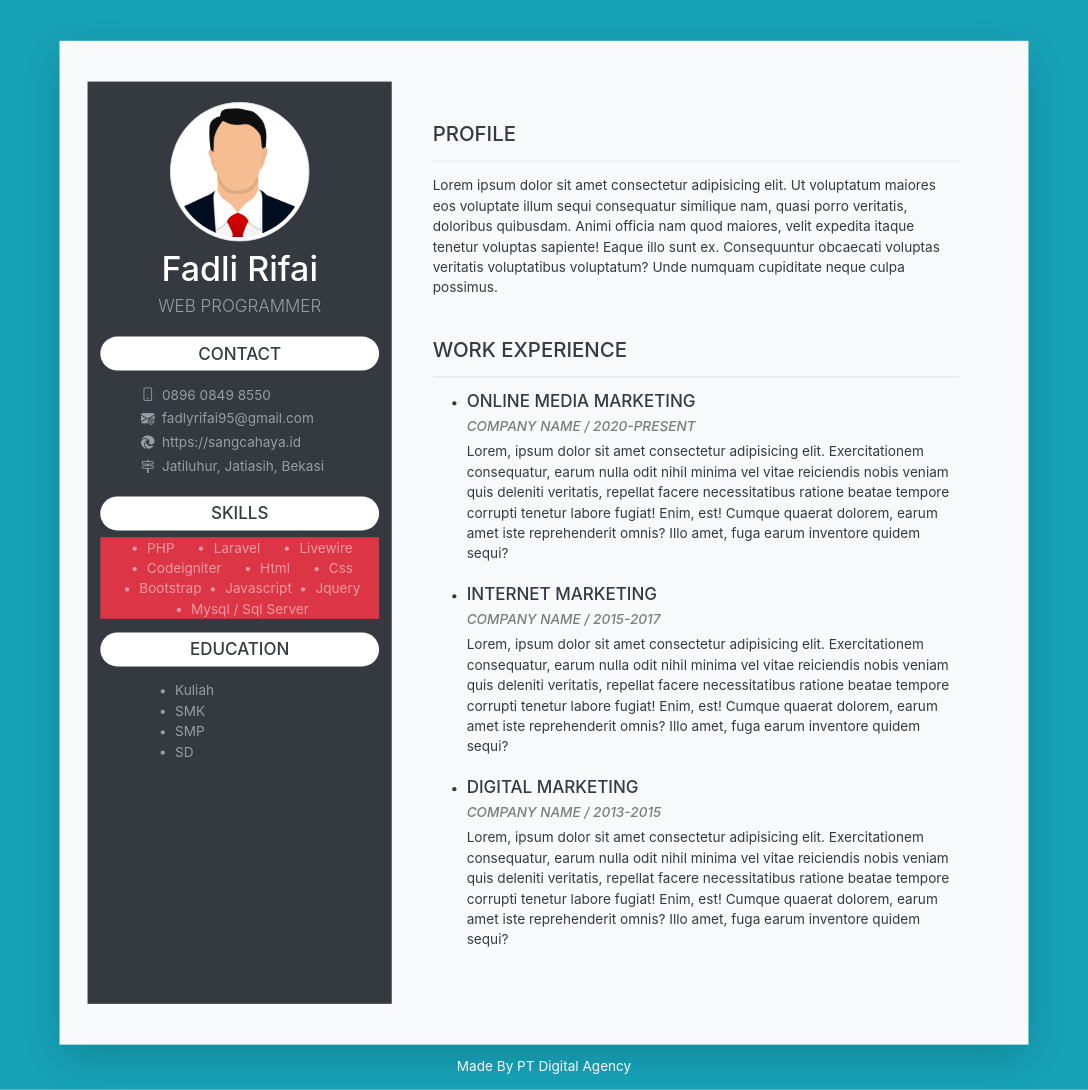
Repository: fadlyyy/fadlyyy.github.io
Page: index.html
These files come from the project's save history. The page is drawn as it stood at one moment and after the next save; the edit follows.
The browser window is 1280 px wide. The pictures show the whole page, at 85% of full size.

Above is the page before, as saved 2024-01-31 07:42:10.

### index.html
<!DOCTYPE html>
<html lang="en">

<head>
     <!-- Required meta tags -->
     <meta charset="utf-8" />
     <meta name="viewport" content="width=device-width, initial-scale=1, shrink-to-fit=no" />

     <!-- Bootstrap CSS -->
     <link rel="stylesheet" href="https://cdn.jsdelivr.net/npm/bootstrap@4.6.2/dist/css/bootstrap.min.css"
          integrity="sha384-xOolHFLEh07PJGoPkLv1IbcEPTNtaed2xpHsD9ESMhqIYd0nLMwNLD69Npy4HI+N" crossorigin="anonymous" />

     <!-- Icon -->
     <link rel="stylesheet" href="https://cdn.jsdelivr.net/npm/bootstrap-icons@1.11.3/font/bootstrap-icons.min.css" />

     <link rel="stylesheet" href="style.css" />

     <title>Hello, world!</title>
</head>

<body class="bg-info">
     <div class="container p-5 bg-light mt-5 mb-5 shadow shadow-lg">
          <div class="row">
               <div class="col-lg-4 bg-dark text-white text-center py-4">
                    <div class="header-left">
                         <img src="img/profile.png"
                              alt="" class="img-thumbnail rounded-circle mb-2 w-50 h-50" />
                         <h1 class="display-5">Fadli Rifai</h1>
                         <h4 class="lead text-uppercase text-white-50 mb-4">Web Programmer</h4>
                    </div>

                    <!-- general info -->
                    <div class="general-info">
                         <h5 class="text-uppercase bg-white text-dark py-2 rounded-pill">contact</h5>

                         <ul class="list-unstyled text-white-50 py-2 text-left ml-5">
                              <li class="list-item mb-1">
                                   <p>
                                        <i class="bi bi-phone mr-1"></i> 0896 0849 8550
                                   </p>
                              </li>
                              <li class="list-item mb-1 text-wrap w-75">
                                   <p>
                                        <i class="bi bi-envelope-at-fill mr-1"></i> fadlyrifai95@gmail.com
                                   </p>
                              </li>
                              <li class="list-item mb-1">
                                   <p>
                                        <i class="bi bi-browser-edge mr-1"></i> https://sangcahaya.id
                                   </p>
                              </li>
                              <li class="list-item">
                                   <i class="bi bi-signpost-2 mr-1"></i>
                                   Jatiluhur, Jatiasih, Bekasi
                              </li>
                         </ul>
                    </div>

                    <!-- skills -->
                    <div>
                         <h5 class="text-uppercase bg-white text-dark py-2 rounded-pill">skills</h5>
                         <ul class="list text-white-50 text-left text-capitalize list-skills bg-danger">
                              <li class="list-item">PHP</li>
                              <li class="list-item">laravel</li>
                              <li class="list-item">livewire</li>
                              <li class="list-item">codeigniter</li>
                              <li class="list-item">html</li>
                              <li class="list-item">css</li>
                              <li class="list-item">bootstrap</li>
                              <li class="list-item">javascript</li>
                              <li class="list-item">jquery</li>
                              <li class="list-item">mysql / sql server</li>
                         </ul>
                    </div>

                    <!-- educations -->
                    <div>
                         <h5 class="text-uppercase bg-white text-dark py-2 rounded-pill">education</h5>
                         <ul class="list text-white-50 ml-5 py-2 text-left text-capitalize">
                              <li class="list-item">Kuliah</li>
                              <li class="list-item">SMK</li>
                              <li class="list-item">SMP</li>
                              <li class="list-item">SD</li>
                         </ul>
                    </div>
               </div>

               <div class="col-lg-8 bg-light text-dark py-5 px-5 right-side">
                    <div class="header-right">
                         <h4 class="text-uppercase">Profile</h4>
                         <hr />
                         <p>
                              Lorem ipsum dolor sit amet consectetur adipisicing elit. Ut voluptatum maiores eos
                              voluptate illum sequi consequatur similique nam, quasi porro veritatis, doloribus
                              quibusdam. Animi officia nam quod maiores, velit expedita
                              itaque tenetur voluptas sapiente! Eaque illo sunt ex. Consequuntur obcaecati voluptas
                              veritatis voluptatibus voluptatum? Unde numquam cupiditate neque culpa possimus.
                         </p>
                    </div>

                    <div class="mt-5">
                         <h4 class="text-uppercase">work experience</h4>
                         <hr>

                         <ul class="list">
                              <li class="list-item">
                                   <h5 class="display-6 text-uppercase">online media marketing</h5>
                                   <h6 class="text-uppercase text-black-50 font-italic">company name / 2020-present</h6>
                                   <p>Lorem, ipsum dolor sit amet consectetur adipisicing elit. Exercitationem consequatur, earum nulla odit nihil minima vel vitae reiciendis nobis veniam quis deleniti veritatis, repellat facere necessitatibus ratione beatae tempore corrupti tenetur labore fugiat! Enim, est! Cumque quaerat dolorem, earum amet iste reprehenderit omnis? Illo amet, fuga earum inventore quidem sequi?</p>
                              </li>

                              <li class="list-item mt-4">
                                   <h5 class="display-6 text-uppercase">internet marketing</h5>
                                   <h6 class="text-uppercase text-black-50 font-italic">company name / 2015-2017</h6>
                                   <p>Lorem, ipsum dolor sit amet consectetur adipisicing elit. Exercitationem consequatur, earum nulla odit nihil minima vel vitae reiciendis nobis veniam quis deleniti veritatis, repellat facere necessitatibus ratione beatae tempore corrupti tenetur labore fugiat! Enim, est! Cumque quaerat dolorem, earum amet iste reprehenderit omnis? Illo amet, fuga earum inventore quidem sequi?</p>
                              </li>

                              <li class="list-item mt-4">
                                   <h5 class="display-6 text-uppercase">digital marketing</h5>
                                   <h6 class="text-uppercase text-black-50 font-italic">company name / 2013-2015</h6>
                                   <p>Lorem, ipsum dolor sit amet consectetur adipisicing elit. Exercitationem consequatur, earum nulla odit nihil minima vel vitae reiciendis nobis veniam quis deleniti veritatis, repellat facere necessitatibus ratione beatae tempore corrupti tenetur labore fugiat! Enim, est! Cumque quaerat dolorem, earum amet iste reprehenderit omnis? Illo amet, fuga earum inventore quidem sequi?</p>
                              </li>
                         </ul>
                    </div>
               </div>
          </div>
     </div>
     <!-- Optional JavaScript; choose one of the two! -->

     <!-- footer -->
     <div class="footer">
          <p class="text-light text-center text-capitalize" style="margin-top: -35px;">made by PT Digital Agency</p>
     </div>

     <!-- Option 1: jQuery and Bootstrap Bundle (includes Popper) -->
     <script src="https://cdn.jsdelivr.net/npm/jquery@3.5.1/dist/jquery.slim.min.js"
          integrity="sha384-DfXdz2htPH0lsSSs5nCTpuj/zy4C+OGpamoFVy38MVBnE+IbbVYUew+OrCXaRkfj"
          crossorigin="anonymous"></script>
     <script src="https://cdn.jsdelivr.net/npm/bootstrap@4.6.2/dist/js/bootstrap.bundle.min.js"
          integrity="sha384-Fy6S3B9q64WdZWQUiU+q4/2Lc9npb8tCaSX9FK7E8HnRr0Jz8D6OP9dO5Vg3Q9ct"
          crossorigin="anonymous"></script>

     <!-- Option 2: Separate Popper and Bootstrap JS -->
     <!--
    <script src="https://cdn.jsdelivr.net/npm/jquery@3.5.1/dist/jquery.slim.min.js" integrity="sha384-DfXdz2htPH0lsSSs5nCTpuj/zy4C+OGpamoFVy38MVBnE+IbbVYUew+OrCXaRkfj" crossorigin="anonymous"></script>
    <script src="https://cdn.jsdelivr.net/npm/popper.js@1.16.1/dist/umd/popper.min.js" integrity="sha384-9/reFTGAW83EW2RDu2S0VKaIzap3H66lZH81PoYlFhbGU+6BZp6G7niu735Sk7lN" crossorigin="anonymous"></script>
    <script src="https://cdn.jsdelivr.net/npm/bootstrap@4.6.2/dist/js/bootstrap.min.js" integrity="sha384-+sLIOodYLS7CIrQpBjl+C7nPvqq+FbNUBDunl/OZv93DB7Ln/533i8e/mZXLi/P+" crossorigin="anonymous"></script>
    -->
</body>

</html>

### style.css
.general-info ul li p {
    margin: 0;
}

.list-skills {
    display: flex;
    flex-wrap: wrap;
    justify-content: space-around;
    align-content: space-around;
}

.list-skills .list-item {
    margin-right: 1rem;
}

/* Media Query */
/* Extra Large */
@media (max-width: 1200px) {

}

/* Laptop */
@media (max-width: 992px) {

}

/* Tablet */
@media (max-width: 768px) {

}

/* Mobile */
@media (max-width: 576px) {
    .right-side {
        padding-left: 0 !important;
        padding-right: 0 !important;
    }
}

After the next save:
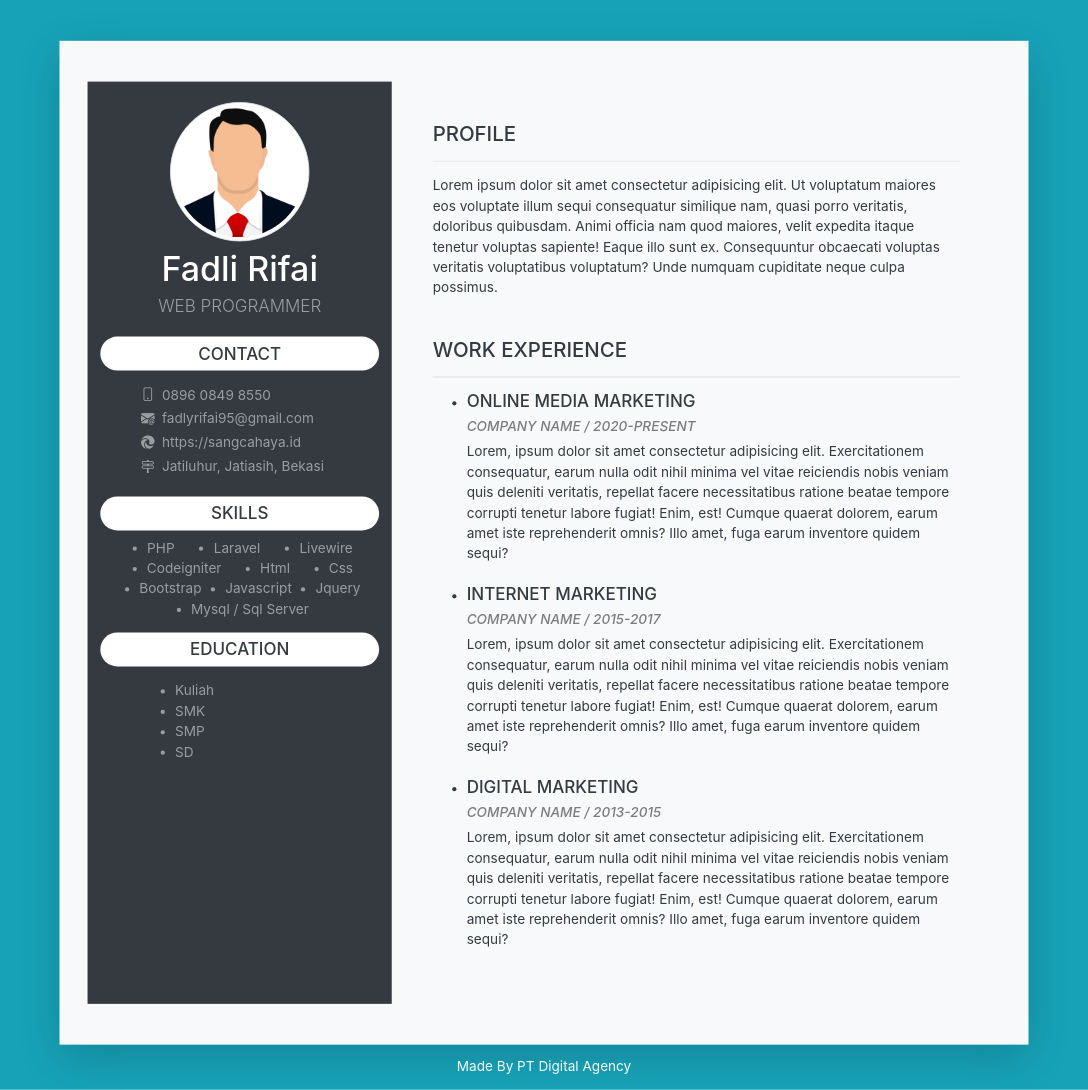
Saved 28 s later.
--- a/index.html
+++ b/index.html
@@ -59,7 +59,7 @@
                     <!-- skills -->
                     <div>
                          <h5 class="text-uppercase bg-white text-dark py-2 rounded-pill">skills</h5>
-                         <ul class="list text-white-50 text-left text-capitalize list-skills bg-danger">
+                         <ul class="list text-white-50 text-left text-capitalize list-skills">
                               <li class="list-item">PHP</li>
                               <li class="list-item">laravel</li>
                               <li class="list-item">livewire</li>
